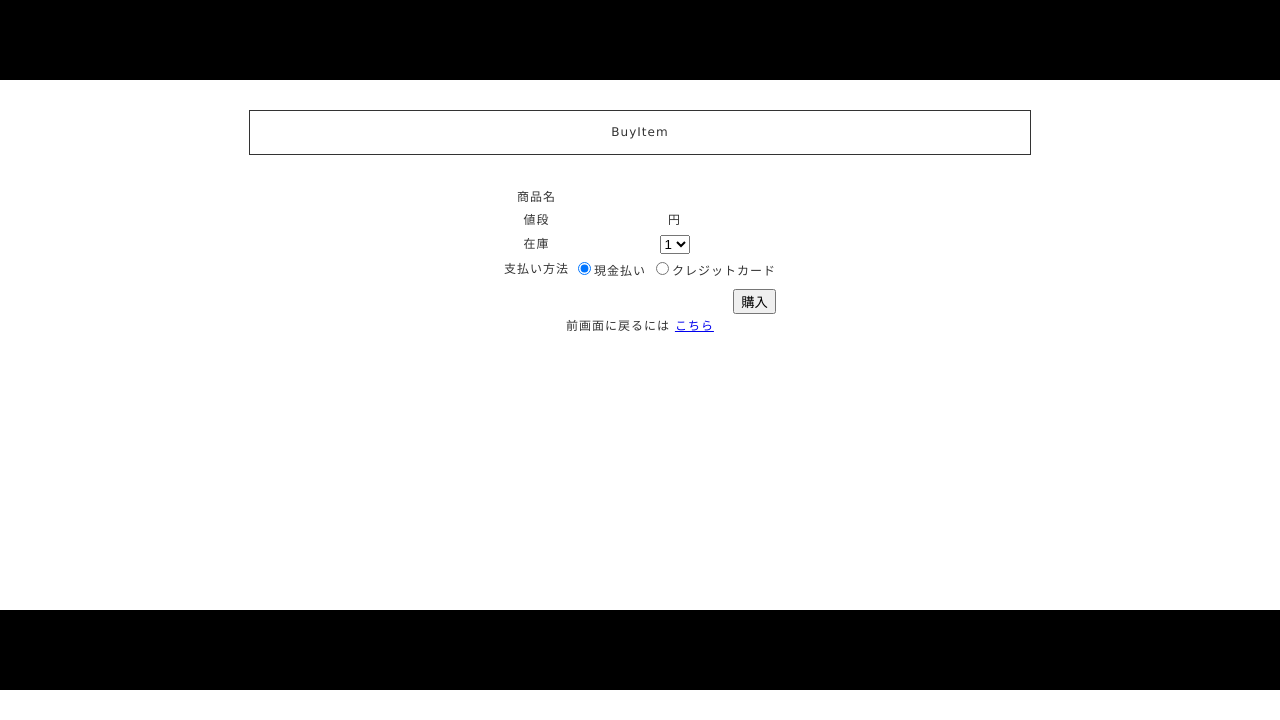
Repository: user-yo-yo/test
Page: http://localhost/template/buyItem.jsp
These files come from the project's save history. The page is drawn as it stood at one moment and after the next save; the edit follows.
The browser window is 1280 px wide. The pictures show the whole page.
The page is served by Tomcat 9. Other server files are loaded and not shown.

Above is the page before, as saved 2019-03-08 08:54:26.

### template/WebContent/buyItem.jsp
<%@ page language="java" contentType="text/html; charset=UTF-8"
    pageEncoding="UTF-8"%>
<%@ taglib prefix="s" uri="/struts-tags"%>
<!DOCTYPE html>
<html>
<head>
<meta http-equiv="Content-Type" content="text/html; charset=UTF-8" />
<meta http-equiv="Content-Style-Type" content="text/css" />
<meta http-equiv="Content-Script-Type" content="text/javascript" />
<meta http-equiv="imagetoolbar" content="no" />
<meta name="description" content="" />
<meta name="keywords" content="" />
<title>buyItem画面</title>

<style type="text/css">
/* ========TAG LAYOUT======== */
body{
	margin:0;
	padding:0;
	line-height:1.6;
	letter-spacing:1px;
	font-family:Verdana,Helvetica,sans-serif;
	font-size:12px;
	color:#333;
	background:#fff;
}

table{
	text-align:center;
	margin:0 auto;
}

/* ========ID LAYOUT======== */
#top{
	width:780px;
	margin:30px auto;
	border:1px solid #333;
}

#header{
	width:100%;
	height:80px;
	background-color:black;
}

#main{
	width:100%;
	height:500px;
	text-align:center;
}

#footer{
	width:100%;
	height:80px;
	background-color:black;
	clear:both;
}

</style>
</head>
<body>
	<div id="header">
		<div id="pr">
		</div>
	</div>
	<div id="main">
		<div id="top">
			<p>BuyItem</p>
		</div>
		<div>
			<s:form action="BuyItemAction">
				<table>
					<tr>
						<td>
							<span>商品名</span>
						</td>
						<td>
							<s:property value="session.buyItem_name"/>
						</td>
					</tr>
					<tr>
						<td>
							<span>値段</span>
						</td>
						<td>
							<s:property value="session.buyItem_price" />
								<span>円</span>
						</td>
					</tr>
					<tr>
						<td>
							<span>在庫</span>
						</td>
						<td>
							<select name="stock">
								<option value="1" selected="selected">1</option>
								<option value="2">2</option>
								<option value="3">3</option>
								<option value="4">4</option>
								<option value="5">5</option>
							</select>
						</td>
					</tr>
					<tr>
						<td>
							<span>支払い方法</span>
						</td>
						<td>
							<input type="radio" name="pay" value="1" checked="checked">現金払い
							<input type="radio" name="pay" value="2">クレジットカード
						</td>
					</tr>
					<tr>
						<td>
							<s:submit value="購入" />
						</td>
					</tr>
				</table>
			</s:form>
				<div>
					<span>前画面に戻るには</span>
					<a href='<s:url action="HomeAction" />'>こちら</a>
				</div>
		</div>
	</div>
	<div id="footer">
		<div id="pr">
		</div>
	</div>
</body>
</html>

After the next save:
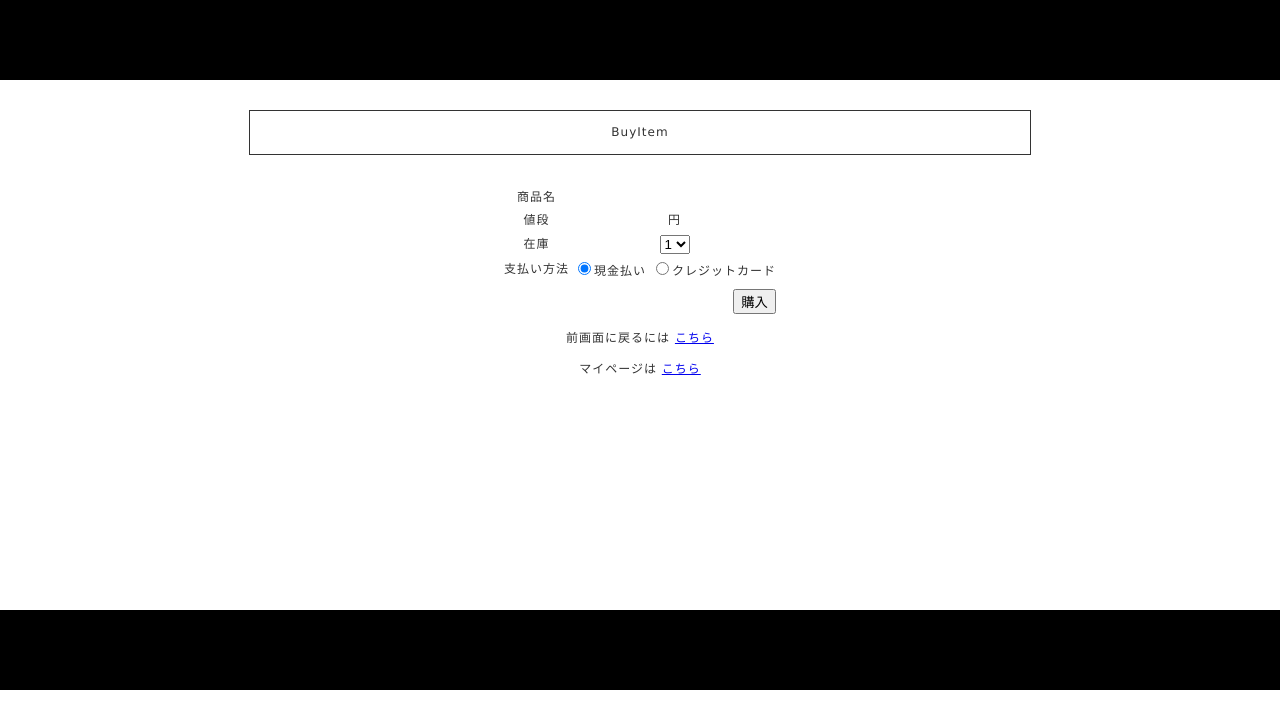
Saved 95 s later.
--- a/template/WebContent/buyItem.jsp
+++ b/template/WebContent/buyItem.jsp
@@ -118,8 +118,10 @@
 				</table>
 			</s:form>
 				<div>
-					<span>前画面に戻るには</span>
-					<a href='<s:url action="HomeAction" />'>こちら</a>
+					<p>前画面に戻るには
+					<a href='<s:url action="HomeAction" />'>こちら</a></p>
+					<p>マイページは
+					<a href='<s:url action="MyPageAction" />'>こちら</a></p>
 				</div>
 		</div>
 	</div>
